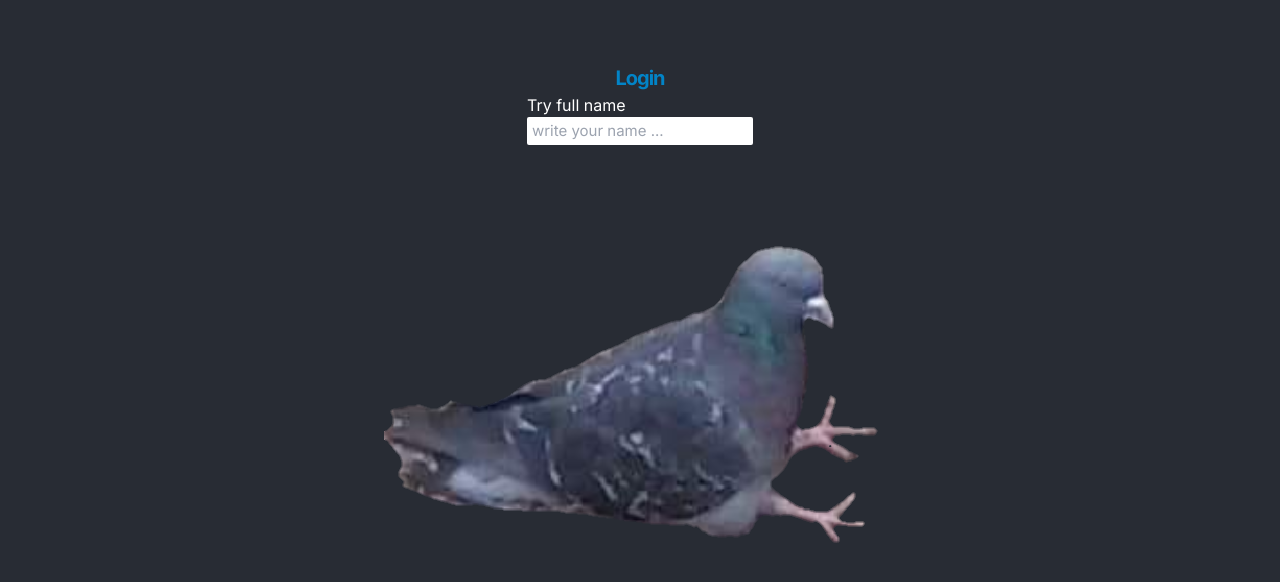
Repository: devsecops-node/simple-play
Page: /
An editor plug-in stored every save of this project. The page is shown before and after a run of saves, followed by the edit.
The browser window is 1280 px wide. The pictures show the whole page.
The project was rebuilt for these pictures with package versions that can differ from the ones it lists, and the page was loaded fresh each time. The framework's server and built-in components were replaced by stand-ins that run in the browser. Also part of the build but not shown: next.config.mjs, src/app/_components/RecomendationsSearch.tsx.

Above is the page before, as saved 2024-06-21 21:19:04.

### src/app/(main)/page.tsx
import Image from "next/image";
import Container from "../_components/Container";
import FormsName from "../_components/FormsName";

export default function Home() {
  return (
    <Container>
      <h1 className="text-[20px] text-sky-600 font-bold tracking-tighter">Login</h1>
      <FormsName />
      <img src="/paloma.webp" alt="" className="w-20px h-20px" />
    </Container>
  );
}

### src/app/globals.css
@tailwind base;
@tailwind components;
@tailwind utilities;

:root {
  --foreground-rgb: 0, 0, 0;
  --background-start-rgb: 214, 219, 220;
  --background-end-rgb: 255, 255, 255;
}

@media (prefers-color-scheme: dark) {
  :root {
    --foreground-rgb: 255, 255, 255;
    --background-start-rgb: 0, 0, 0;
    --background-end-rgb: 0, 0, 0;
  }
}

body {
  color: rgb(var(--foreground-rgb));
  background: linear-gradient(to bottom,
      transparent,
      rgb(var(--background-end-rgb))) rgb(var(--background-start-rgb));
}

@layer utilities {
  .text-balance {
    text-wrap: balance;
  }
}

input {
  color: black;
  padding: 3px 5px;
  border-radius: 0.125rem;
  -webkit-border-radius: 0.125rem;
  -moz-border-radius: 0.125rem;
  -ms-border-radius: 0.125rem;
  -o-border-radius: 0.125rem;
  font-size: 15px;
  border: none;
}

input[type=text]:focus {
  outline: 2px solid #0284c7;
}
/* Resource for Card */

### src/app/_components/Container.tsx
import React from 'react'

const Container = ({ children }: { children: React.ReactNode }) => {
  return (
    <div className='bg-[#282c34] h-screen text-white flex flex-col items-center justify-center'>
      {children}
    </div>
  )
}

export default Container

### src/app/_components/FormsName.tsx
"use client"
import React, { useState } from 'react'
import RecomendationsSearch from './RecomendationsSearch'

const FormsName = () => {
  const [name, setName] = useState('')
  const [statusSearch, setStatusSearch] = useState(false)

  const retrieveData = (data: { id: string, rec: string }) => {
    console.log(data)
    setStatusSearch(false)
  }

  return (
    <form action="/" className="">
      <section className="flex flex-col">
        <label htmlFor="name" hidden={statusSearch} >Try full name</label>
        <input
          type="text"
          hidden={statusSearch}
          onClick={() => setStatusSearch(true)}
          value={name} onChange={(e) => setName(e.target.value)}
          placeholder="write your name ..." id="name" />
      </section>
      {statusSearch ? (<RecomendationsSearch retrieveData={retrieveData} />) : <></>}
    </form>
  )
}

export default FormsName

Loaded but not shown: src/app/layout.tsx (common file); tailwind.config.ts (common file)

After the next 2 saves:
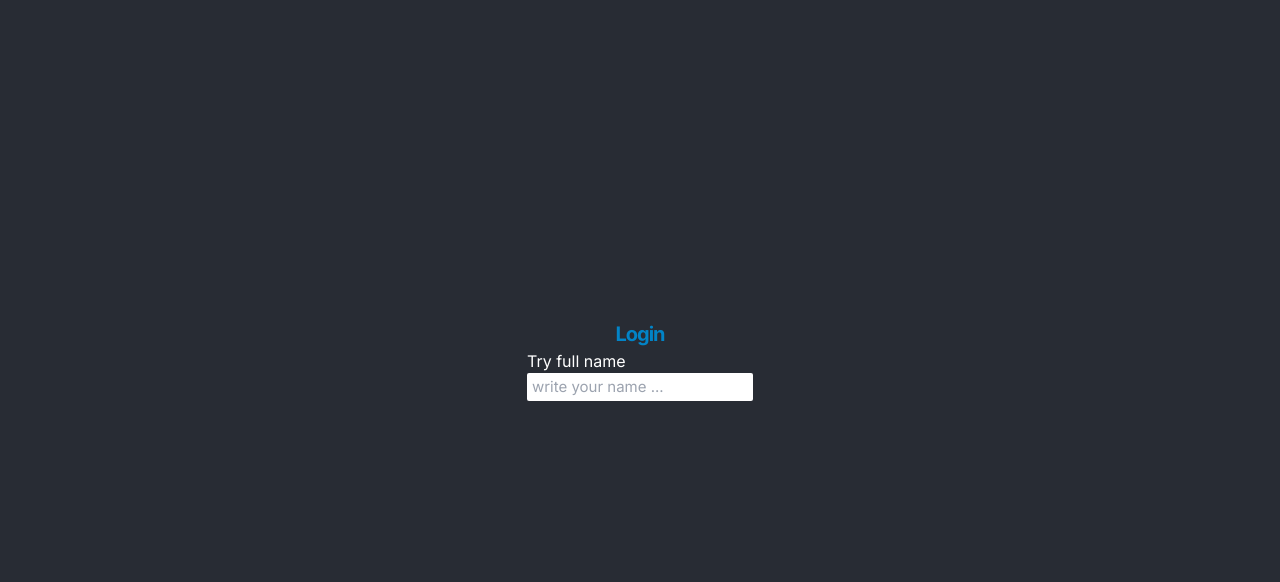
The 2 saves are shown as one change because 1 did not build or start.
The last was saved 51 s later.
--- a/src/app/(main)/page.tsx
+++ b/src/app/(main)/page.tsx
@@ -1,13 +1,14 @@
-import Image from "next/image";
+
 import Container from "../_components/Container";
 import FormsName from "../_components/FormsName";
+import Image from 'next/image'
 
 export default function Home() {
   return (
     <Container>
       <h1 className="text-[20px] text-sky-600 font-bold tracking-tighter">Login</h1>
       <FormsName />
-      <img src="/paloma.webp" alt="" className="w-20px h-20px" />
+      <Image />
     </Container>
   );
 }
